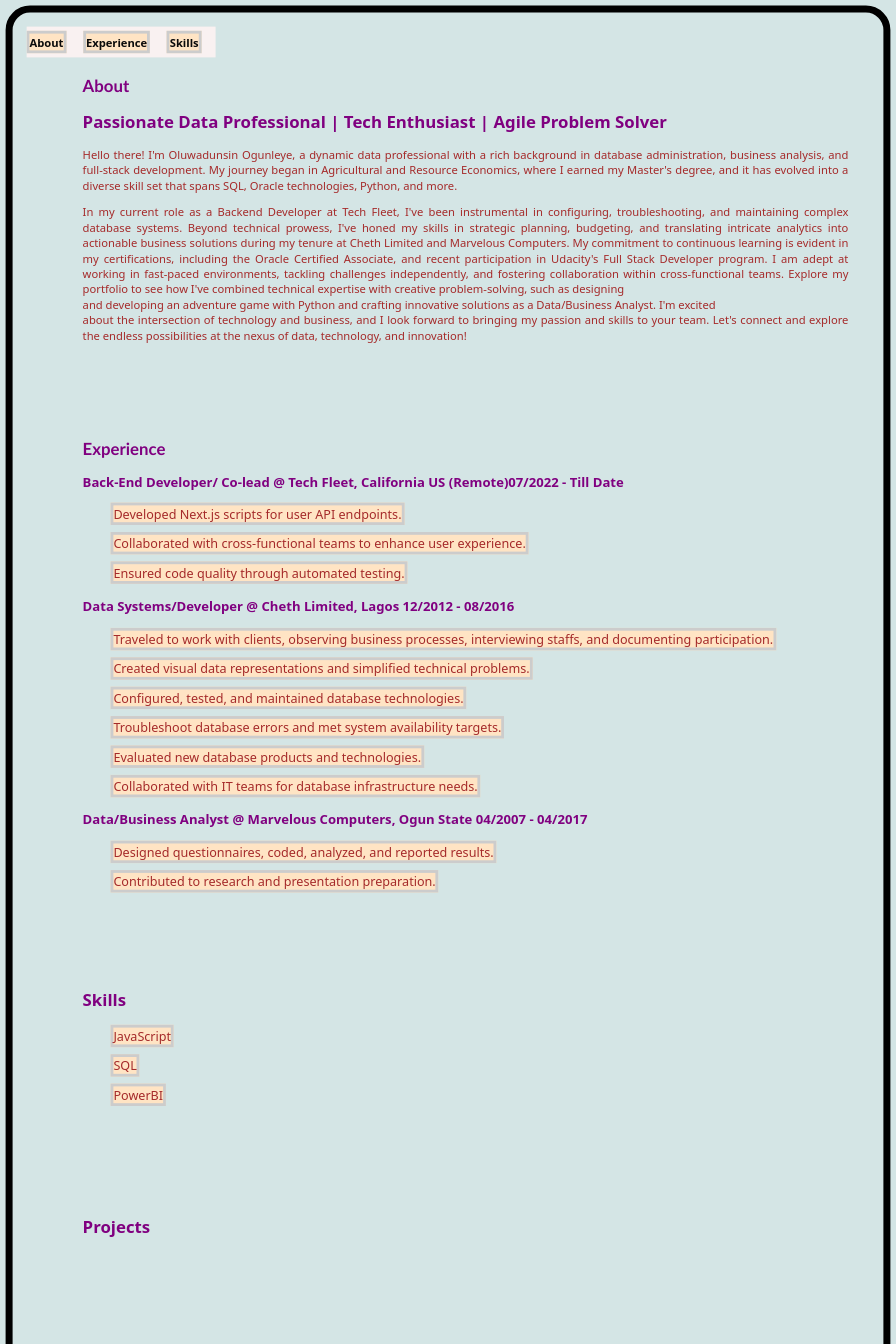
Repository: aloroduns/intro-to-programming-2023
Page: index.html
These files come from the project's save history. The page is drawn as it stood at one moment and after a run of saves; the edit follows.
The browser window is 1280 px wide. The pictures show the part of the page from y = 0 to 1920 px (the page is 2689 px tall), at 70% of full size.
The page's requests for data from a server got no answer.

Above is the page before, as saved 2024-01-23 12:15:50.

After the next 3 saves:
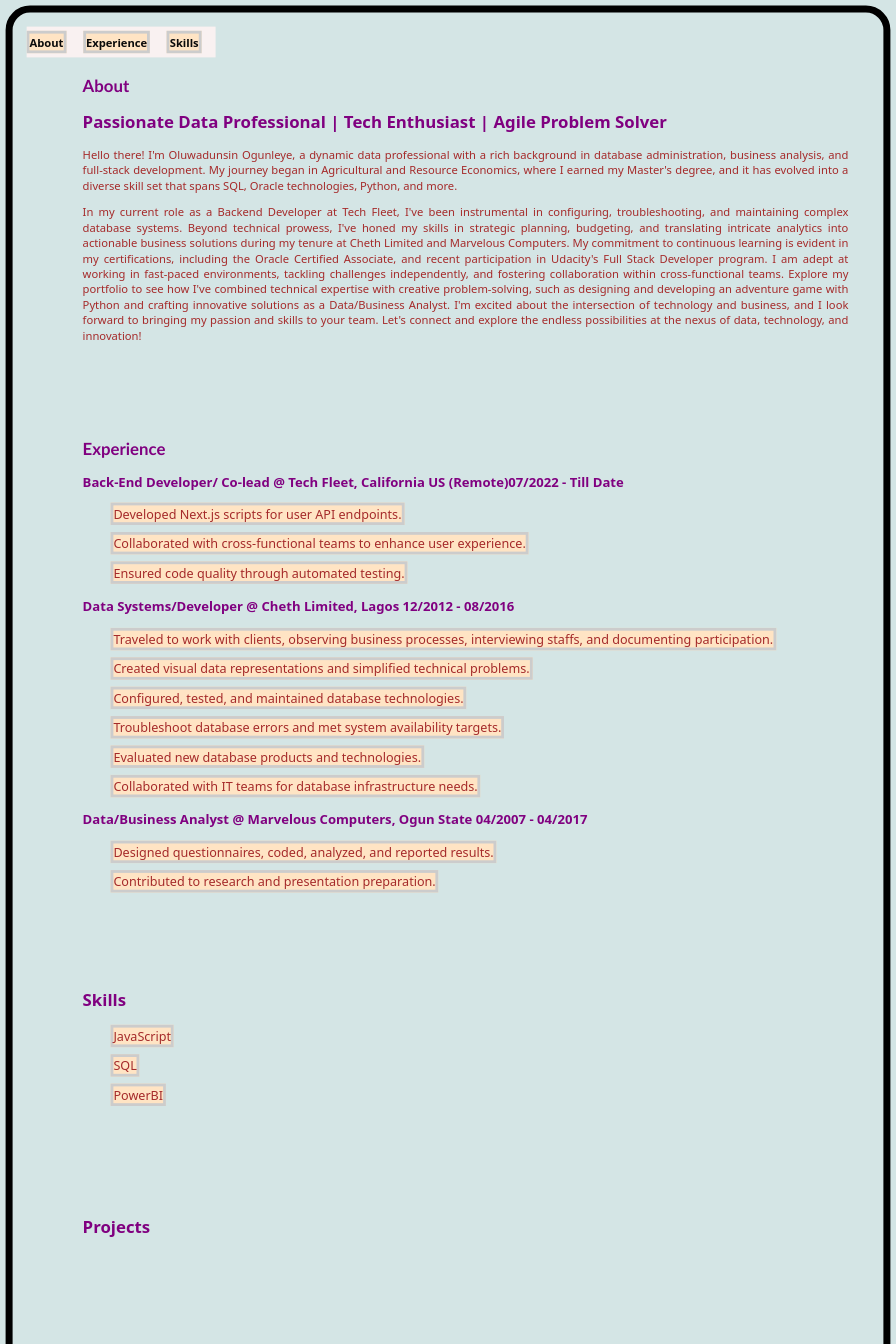
The 3 saves are shown as one change because they came seconds apart.
The last was saved 8 s later.
--- a/index.html
+++ b/index.html
@@ -38,8 +38,8 @@
             and recent participation in Udacity's Full Stack Developer program. I am adept at working in fast-paced environments,
             tackling challenges independently, and fostering collaboration within cross-functional teams.
 
-            Explore my portfolio to see how I've combined technical expertise with creative problem-solving, such as designing<br>
-            and developing an adventure game with Python and crafting innovative solutions as a Data/Business Analyst. I'm excited<br>
+            Explore my portfolio to see how I've combined technical expertise with creative problem-solving, such as designing
+            and developing an adventure game with Python and crafting innovative solutions as a Data/Business Analyst. I'm excited
             about the intersection of technology and business, and I look forward to bringing my passion and skills to your team.
 
             Let's connect and explore the endless possibilities at the nexus of data, technology, and innovation!
